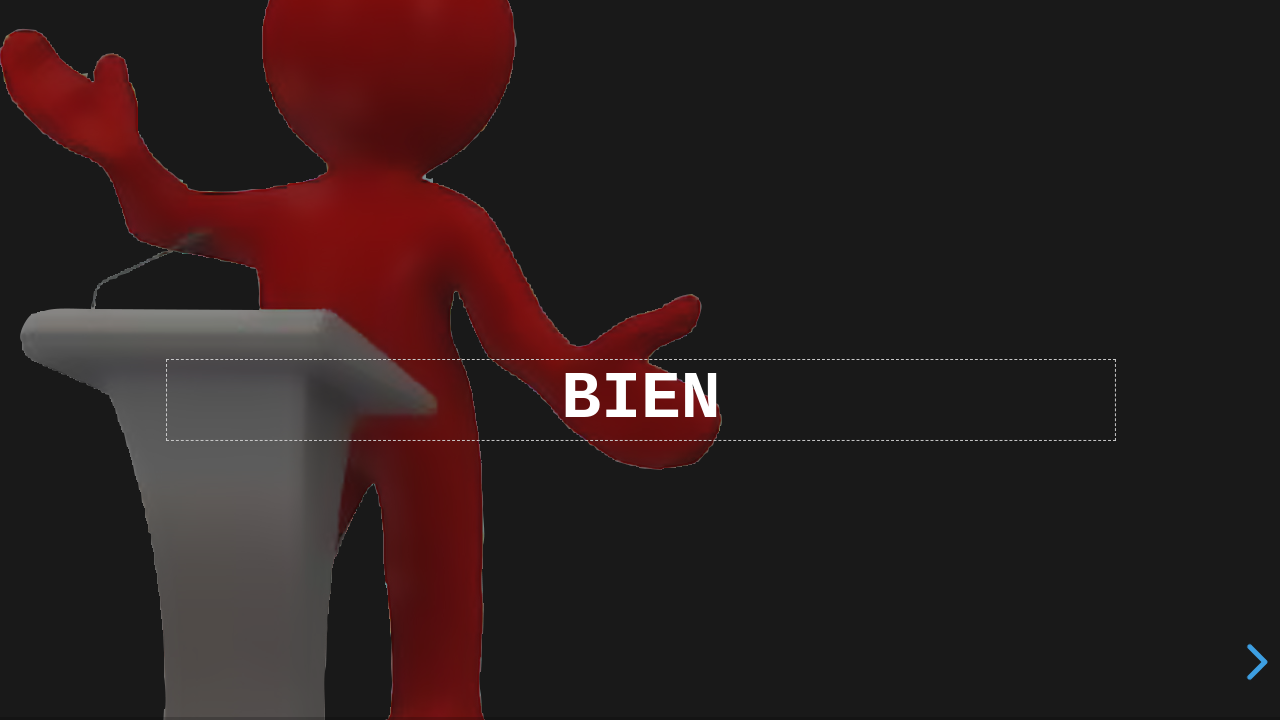
Repository: cutesquirrel/pres-college
Page: index.html
These files come from the project's save history. The page is drawn as it stood at one moment and after the next save; the edit follows.
The browser window is 1280 px wide. The pictures show the whole page.

Above is the page before, as saved 2024-03-31 10:55:44.

### index.html
<!doctype html>
<html lang="en">
	<head>
		<meta charset="utf-8">
		<meta name="viewport" content="width=device-width, initial-scale=1.0, maximum-scale=1.0, user-scalable=no">

		<title>reveal.js</title>

		<link rel="stylesheet" href="dist/reset.css">
		<link rel="stylesheet" href="dist/reveal.css">
		<link rel="stylesheet" href="dist/theme/black.css">

		<!-- Theme used for syntax highlighted code -->
		<link rel="stylesheet" href="plugin/highlight/monokai.css">
		<link rel="stylesheet" href="custom.css">
	</head>
	<body>
		<div class="reveal">
			<div class="slides">
				<section data-background-image="./whoami.png" data-background-size="722px" data-background-position="left" data-background-repeat="no-repeat" data-background-opacity="0.5">
					<h2 class="animate-text">Bienvenue !</h2>
				</section>
				<section data-background-image="./whoami.png" data-background-size="722px" data-background-position="left" data-background-repeat="no-repeat" data-background-opacity="0.5">
					<h2>Qui suis-je ?</h2>
				</section>
				<section data-background-image="./fond_dev.png" >
					<h2>Développement ?</h2>
				</section>
				<section>

					<h2>Idées de thèmes</h2>
					<ul class="r-fit-text">
<li class="fragment fade-left">Les différentes activités réalisées dans votre travail
Développement Web
Gestion de projet
Management d'équipe
Travailler avec les fournisseurs : hébergeur, avis clients par ex, réseaux sociaux
Réunions d'équipe : qui travaille sur quoi ?
Réunions pour préparer des nouveaux projets
Réunions de crise : gros souci sur un site, on ne vend plus ? panique à bord ?


</li>
<li class="fragment fade-left">Description d'une journée type
	Je dirige une équipe de 8 personnes, coupée en 3 : une partie à Aix, l'autre à Montpellier, 1 en Bretagne
	On utilise donc beaucoup Slack, un outil pour communiquer entre nous, comme WhatsApp
Outils de chat : 2
</li>

<li class="fragment fade-left">les horaires de travail -

	9h-12h/14h-18h environ</li>

<li class="fragment fade-left">lieu(x) d’exercice du métier:

	dans l'entreprise, à Aix, ou en télétravail 2j/semaine</li>

<li class="fragment fade-left">les qualités et compétences demandées
	passioné par le développement
  curieux, inventif
	aimer travailler en équipe
	autonôme parfois
</li>

<li class="fragment fade-left">votre parcours de formation
ESIGELEC, école d'ingénieur généraliste.
Plein d'autres formations possibles : EPITECH, l'école 42, BTS, BUT, formation de reconversion


</li>
<li class="fragment fade-left">la place de l’anglais dans votre profession</li>
<li class="fragment fade-left">L’éducation nationale s’engage pour le développement durable et la transition écologique :
	la question de l’environnement est au coeur des nouveaux programme du lycée.

	parler de la question de la consommation énergétique
	Green IT ?
  Netflix, moteurs de recherche comme Google, l'intelligence articielle, le bitcoin - consommation énergétique monstrueuse


</li>
<li class="fragment fade-left">Entreprise ? égalité fille/ garçon: la part des femmes et des hommes dans votre entreprise

	Parmi les développeurs/euses, il y a encore peu de femmes.
	La preuve, je n'ai qu'une femme dans mon équipe sur 8 personnes...

	Par contre, au service marketing, dont je fais partie, c'est principalement des femmes :
	   graphistes, designeuses
	   community manager
		 responsable produit
		 ventes

  De nombreuses initiatives existent pour promouvoir la place de la femme dans ce métier.

</li>
					</ul>

TROUVER QQ PHOTOS HOMAIR
QQ PHOTOS AGREMENTANT LA PRESENTATION

				</section>
				<section>
					<section>Slide 2.1</section>
					<section>Slide 2.2</section>
				</section>
				<section data-transition="convex">
					<h3>data-transition: convex</h3>
				</section>
				<section data-background="indigo">
					<h2>Scroll triggered fragments</h2>
					<ul>
						<li class="fragment fade-left">Step one</li>
						<li class="fragment fade-left">Step two</li>
						<li class="fragment fade-left">Step three</li>
					</ul>
				</section>
			</div>
		</div>

		<script src="dist/reveal.js"></script>
		<script src="plugin/notes/notes.js"></script>
		<script src="plugin/markdown/markdown.js"></script>
		<script src="plugin/highlight/highlight.js"></script>
		<script>
			// More info about initialization & config:
			// - https://revealjs.com/initialization/
			// - https://revealjs.com/config/
			Reveal.initialize({
				hash: true,

				// Learn about plugins: https://revealjs.com/plugins/
				plugins: [ RevealMarkdown, RevealHighlight, RevealNotes ]
			});
		</script>
		<script src="custom.js"></script>
	</body>
</html>

### dist/theme/black.css
/**
 * Black theme for reveal.js. This is the opposite of the 'white' theme.
 *
 * By Hakim El Hattab, http://hakim.se
 */
@import url(./fonts/source-sans-pro/source-sans-pro.css);
section.has-light-background, section.has-light-background h1, section.has-light-background h2, section.has-light-background h3, section.has-light-background h4, section.has-light-background h5, section.has-light-background h6 {
  color: #222;
}

/*********************************************
 * GLOBAL STYLES
 *********************************************/
:root {
  --r-background-color: #191919;
  --r-main-font: Source Sans Pro, Helvetica, sans-serif;
  --r-main-font-size: 42px;
  --r-main-color: #fff;
  --r-block-margin: 20px;
  --r-heading-margin: 0 0 20px 0;
  --r-heading-font: Source Sans Pro, Helvetica, sans-serif;
  --r-heading-color: #fff;
  --r-heading-line-height: 1.2;
  --r-heading-letter-spacing: normal;
  --r-heading-text-transform: uppercase;
  --r-heading-text-shadow: none;
  --r-heading-font-weight: 600;
  --r-heading1-text-shadow: none;
  --r-heading1-size: 2.5em;
  --r-heading2-size: 1.6em;
  --r-heading3-size: 1.3em;
  --r-heading4-size: 1em;
  --r-code-font: monospace;
  --r-link-color: #42affa;
  --r-link-color-dark: #068de9;
  --r-link-color-hover: #8dcffc;
  --r-selection-background-color: rgba(66, 175, 250, 0.75);
  --r-selection-color: #fff;
  --r-overlay-element-bg-color: 240, 240, 240;
  --r-overlay-element-fg-color: 0, 0, 0;
}

.reveal-viewport {
  background: #191919;
  background-color: var(--r-background-color);
}

.reveal {
  font-family: var(--r-main-font);
  font-size: var(--r-main-font-size);
  font-weight: normal;
  color: var(--r-main-color);
}

.reveal ::selection {
  color: var(--r-selection-color);
  background: var(--r-selection-background-color);
  text-shadow: none;
}

.reveal ::-moz-selection {
  color: var(--r-selection-color);
  background: var(--r-selection-background-color);
  text-shadow: none;
}

.reveal .slides section,
.reveal .slides section > section {
  line-height: 1.3;
  font-weight: inherit;
}

/*********************************************
 * HEADERS
 *********************************************/
.reveal h1,
.reveal h2,
.reveal h3,
.reveal h4,
.reveal h5,
.reveal h6 {
  margin: var(--r-heading-margin);
  color: var(--r-heading-color);
  font-family: var(--r-heading-font);
  font-weight: var(--r-heading-font-weight);
  line-height: var(--r-heading-line-height);
  letter-spacing: var(--r-heading-letter-spacing);
  text-transform: var(--r-heading-text-transform);
  text-shadow: var(--r-heading-text-shadow);
  word-wrap: break-word;
}

.reveal h1 {
  font-size: var(--r-heading1-size);
}

.reveal h2 {
  font-size: var(--r-heading2-size);
}

.reveal h3 {
  font-size: var(--r-heading3-size);
}

.reveal h4 {
  font-size: var(--r-heading4-size);
}

.reveal h1 {
  text-shadow: var(--r-heading1-text-shadow);
}

/*********************************************
 * OTHER
 *********************************************/
.reveal p {
  margin: var(--r-block-margin) 0;
  line-height: 1.3;
}

/* Remove trailing margins after titles */
.reveal h1:last-child,
.reveal h2:last-child,
.reveal h3:last-child,
.reveal h4:last-child,
.reveal h5:last-child,
.reveal h6:last-child {
  margin-bottom: 0;
}

/* Ensure certain elements are never larger than the slide itself */
.reveal img,
.reveal video,
.reveal iframe {
  max-width: 95%;
  max-height: 95%;
}

.reveal strong,
.reveal b {
  font-weight: bold;
}

.reveal em {
  font-style: italic;
}

.reveal ol,
.reveal dl,
.reveal ul {
  display: inline-block;
  text-align: left;
  margin: 0 0 0 1em;
}

.reveal ol {
  list-style-type: decimal;
}

.reveal ul {
  list-style-type: disc;
}

.reveal ul ul {
  list-style-type: square;
}

.reveal ul ul ul {
  list-style-type: circle;
}

.reveal ul ul,
.reveal ul ol,
.reveal ol ol,
.reveal ol ul {
  display: block;
  margin-left: 40px;
}

.reveal dt {
  font-weight: bold;
}

.reveal dd {
  margin-left: 40px;
}

.reveal blockquote {
  display: block;
  position: relative;
  width: 70%;
  margin: var(--r-block-margin) auto;
  padding: 5px;
  font-style: italic;
  background: rgba(255, 255, 255, 0.05);
  box-shadow: 0px 0px 2px rgba(0, 0, 0, 0.2);
}

.reveal blockquote p:first-child,
.reveal blockquote p:last-child {
  display: inline-block;
}

.reveal q {
  font-style: italic;
}

.reveal pre {
  display: block;
  position: relative;
  width: 90%;
  margin: var(--r-block-margin) auto;
  text-align: left;
  font-size: 0.55em;
  font-family: var(--r-code-font);
  line-height: 1.2em;
  word-wrap: break-word;
  box-shadow: 0px 5px 15px rgba(0, 0, 0, 0.15);
}

.reveal code {
  font-family: var(--r-code-font);
  text-transform: none;
  tab-size: 2;
}

.reveal pre code {
  display: block;
  padding: 5px;
  overflow: auto;
  max-height: 400px;
  word-wrap: normal;
}

.reveal .code-wrapper {
  white-space: normal;
}

.reveal .code-wrapper code {
  white-space: pre;
}

.reveal table {
  margin: auto;
  border-collapse: collapse;
  border-spacing: 0;
}

.reveal table th {
  font-weight: bold;
}

.reveal table th,
.reveal table td {
  text-align: left;
  padding: 0.2em 0.5em 0.2em 0.5em;
  border-bottom: 1px solid;
}

.reveal table th[align=center],
.reveal table td[align=center] {
  text-align: center;
}

.reveal table th[align=right],
.reveal table td[align=right] {
  text-align: right;
}

.reveal table tbody tr:last-child th,
.reveal table tbody tr:last-child td {
  border-bottom: none;
}

.reveal sup {
  vertical-align: super;
  font-size: smaller;
}

.reveal sub {
  vertical-align: sub;
  font-size: smaller;
}

.reveal small {
  display: inline-block;
  font-size: 0.6em;
  line-height: 1.2em;
  vertical-align: top;
}

.reveal small * {
  vertical-align: top;
}

.reveal img {
  margin: var(--r-block-margin) 0;
}

/*********************************************
 * LINKS
 *********************************************/
.reveal a {
  color: var(--r-link-color);
  text-decoration: none;
  transition: color 0.15s ease;
}

.reveal a:hover {
  color: var(--r-link-color-hover);
  text-shadow: none;
  border: none;
}

.reveal .roll span:after {
  color: #fff;
  background: var(--r-link-color-dark);
}

/*********************************************
 * Frame helper
 *********************************************/
.reveal .r-frame {
  border: 4px solid var(--r-main-color);
  box-shadow: 0 0 10px rgba(0, 0, 0, 0.15);
}

.reveal a .r-frame {
  transition: all 0.15s linear;
}

.reveal a:hover .r-frame {
  border-color: var(--r-link-color);
  box-shadow: 0 0 20px rgba(0, 0, 0, 0.55);
}

/*********************************************
 * NAVIGATION CONTROLS
 *********************************************/
.reveal .controls {
  color: var(--r-link-color);
}

/*********************************************
 * PROGRESS BAR
 *********************************************/
.reveal .progress {
  background: rgba(0, 0, 0, 0.2);
  color: var(--r-link-color);
}

/*********************************************
 * PRINT BACKGROUND
 *********************************************/
@media print {
  .backgrounds {
    background-color: var(--r-background-color);
  }
}

### plugin/highlight/monokai.css
/*
Monokai style - ported by Luigi Maselli - http://grigio.org
*/

.hljs {
  display: block;
  overflow-x: auto;
  padding: 0.5em;
  background: #272822;
  color: #ddd;
}

.hljs-tag,
.hljs-keyword,
.hljs-selector-tag,
.hljs-literal,
.hljs-strong,
.hljs-name {
  color: #f92672;
}

.hljs-code {
  color: #66d9ef;
}

.hljs-class .hljs-title {
  color: white;
}

.hljs-attribute,
.hljs-symbol,
.hljs-regexp,
.hljs-link {
  color: #bf79db;
}

.hljs-string,
.hljs-bullet,
.hljs-subst,
.hljs-title,
.hljs-section,
.hljs-emphasis,
.hljs-type,
.hljs-built_in,
.hljs-builtin-name,
.hljs-selector-attr,
.hljs-selector-pseudo,
.hljs-addition,
.hljs-variable,
.hljs-template-tag,
.hljs-template-variable {
  color: #a6e22e;
}

.hljs-comment,
.hljs-quote,
.hljs-deletion,
.hljs-meta {
  color: #75715e;
}

.hljs-keyword,
.hljs-selector-tag,
.hljs-literal,
.hljs-doctag,
.hljs-title,
.hljs-section,
.hljs-type,
.hljs-selector-id {
  font-weight: bold;
}

### custom.css
/* effet machine à écrire (SIMPLE) */
.animate-text {
	visibility:hidden;
  font-family: 'Courier New', Courier, monospace !important;
  color:black;
}

/* déco */
.animate-text {
  width:100%; /* pour visualiser le passage a la ligne */
  border:1px dashed #ccc;
}
.animate-text::first-letter {
  color: darkyellow;
}


/* effet machine à écrire + animation CSS (SPECIAL) */
/*
.animate-text span {
	display:inline-block;
  color:purple;
  animation:fade-in 0.8s ease-in-out 1;
	animation-fill-mode: forwards;
}
@keyframes fade-in {
	0% { opacity:0; font-size:0; xxmargin-left:100px; }
  100% { opacity:1; xxfont-size:300%; xxtransform:rotate(360deg); margin-left:0; }
}
*/

### custom.js
/* ------------------------- */
/* Version en JavaScript pur */
/* ------------------------- */
'use strict'
window.addEventListener('DOMContentLoaded', (event) => {
  animate_text()
  setInterval(animate_text, 4000)
})
// -------------------
function animate_text() {
  let delay = 300,
    delay_start = 0,
    contents,
    letters

  document.querySelectorAll('.animate-text').forEach(function (elem) {
    contents = elem.textContent.trim()
    elem.textContent = ''
    letters = contents.split('')
    elem.style.visibility = 'visible'

    letters.forEach(function (letter, index_1) {
      setTimeout(function () {
        // ---------
        // effet machine à écrire (SIMPLE)
        elem.textContent += letter
        // ---------
        // OU :
        // effet machine à écrire + animation CSS (SPECIAL)
        /*
        var span = document.createElement('span');
        span.innerHTML = letter.replace(/ /,'&nbsp;');
        elem.appendChild(span);
*/
        // ---------
      }, delay_start + delay * index_1)
    })
    delay_start += delay * letters.length
  })
}

Loaded but not shown: dist/reset.css (common file); dist/reveal.css (library); dist/reveal.js (library); plugin/notes/notes.js (library); plugin/markdown/markdown.js (library); plugin/highlight/highlight.js (library); dist/theme/fonts/source-sans-pro/source-sans-pro.css (common file)

After the next save:
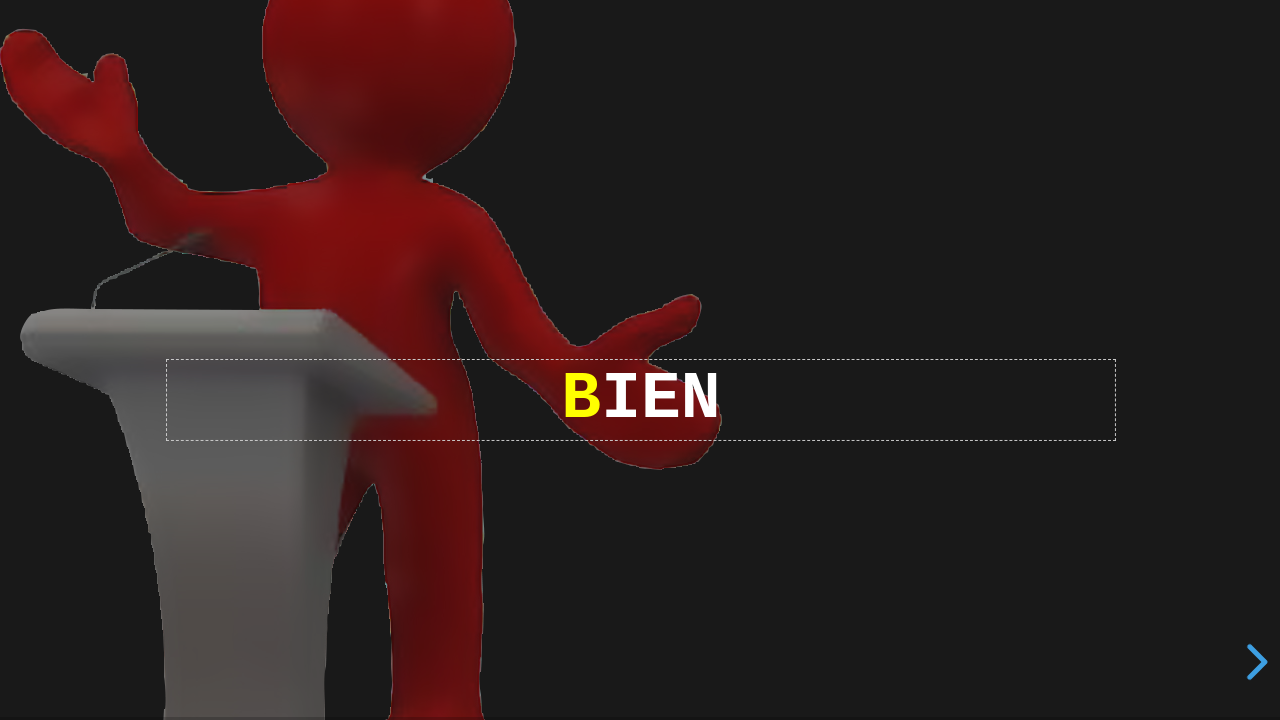
Saved 5 s later.
--- a/custom.css
+++ b/custom.css
@@ -11,7 +11,7 @@
   border:1px dashed #ccc;
 }
 .animate-text::first-letter {
-  color: darkyellow;
+  color: yellow;
 }
 
 
